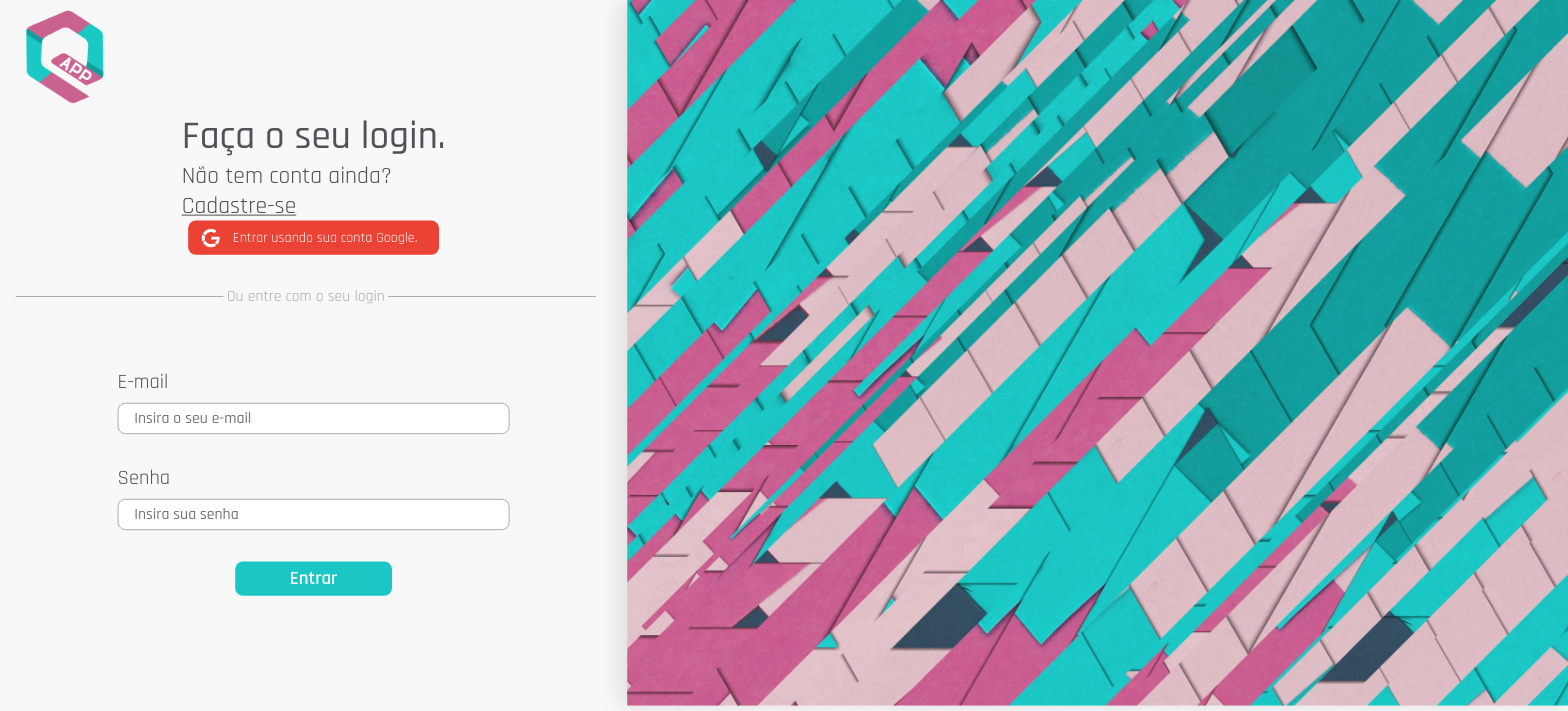
Repository: kika-cavalher/qapp-web
Page: /
These files come from the project's save history. The page is drawn as it stood at one moment and after the next save; the edit follows.
The browser window is 1280 px wide. The page is 1600 px wide, so the pictures cover 1600 px, including what lies to the right of the window. The pictures show the whole page, at 98% of full size.
The page's requests for data from a server got no answer. The project was rebuilt for these pictures with package versions that can differ from the ones it lists, and the page was loaded fresh each time. No one was signed in, and anything a server would have sent is missing. Also part of the build but not shown: src/pages/Register.tsx.

Above is the page before, as saved 2022-02-28 17:11:58.

### public/index.html
<!DOCTYPE html>
<html lang="pt-br">
  <head>
    <meta charset="utf-8" />
    <meta name="viewport" content="width=device-width, initial-scale=1" />

    <link rel="preconnect" href="https://fonts.googleapis.com">
    <link rel="preconnect" href="https://fonts.gstatic.com" crossorigin>
    <link href="https://fonts.googleapis.com/css2?family=Rajdhani:wght@300;400;500;600;700&display=swap" rel="stylesheet">

    <title>QApp</title>
  </head>
  <body>
    <noscript>You need to enable JavaScript to run this app.</noscript>
    <div id="root"></div>
  </body>
</html>

### src/index.tsx
import React from 'react';
import ReactDOM from 'react-dom';
import App from './App';

import './styles/global/styles.scss';
import './services/firebase'


ReactDOM.render(
  <React.StrictMode>
    <App />
  </React.StrictMode>,
  document.getElementById('root')
);

### src/App.tsx
import { BrowserRouter, Routes, Route } from "react-router-dom";

import { LoginPage } from "./pages/Login";
import { RegisterPage } from "./pages/Register";

function App() {
  return (
    <BrowserRouter>
      <Routes>
        <Route path="/" element={<LoginPage />} />
        <Route path="register" element={<RegisterPage  />} />
      </Routes>
    </BrowserRouter>
  );
}

export default App;

### src/styles/global/styles.scss
@import 'variables.scss';

* {
    box-sizing: border-box;
    margin: 0;
    padding: 0;
  }

  body {
    background: $white-offwhite;
    color: $dark-grey;
  }

  body, input, button, textarea {
    font: 400 16px 'Rajdhani', sans-serif;
  }

### src/services/firebase.ts
import { initializeApp } from "firebase/app";
import { getAuth } from "firebase/auth";
import { getFirestore } from 'firebase/firestore/lite';


const firebaseConfig = {
    apiKey: process.env.REACT_APP_API_KEY,
    authDomain: process.env.REACT_APP_AUTH_DOMAIN,
    databaseURL: process.env.REACT_APP_DATABASE_URL,
    projectId: process.env.REACT_APP_PROJECT_ID,
    storageBucket: process.env.REACT_APP_STORAGE_BUCKET,
    messagingSenderId: process.env.REACT_APP_MESSAGING_SENDER_ID,
    appId: process.env.REACT_APP_APP_ID
  };

const app = initializeApp(firebaseConfig);

export const auth = getAuth();
export const db = getFirestore(app);

### src/pages/Login.tsx
import { Link } from 'react-router-dom'
import { useNavigate } from 'react-router-dom';

import imgLogin from '../assets/images/imgLogin.jpg';
import logoQapp from '../assets/images/logoQapp.png';
import googleIconImg from '../assets/icon/googleIconImg.png';

import '../styles/pages/login.scss'

import { Button } from '../components/Button';

export function LoginPage() {
    const history = useNavigate();

    function navigateToHome(e: { preventDefault: () => void; }) {
        e.preventDefault();
        history('/');
    }

    return (
        <div id="page-login">
            <main>
                <div className='page-login--main__container'>
                    <div className='page-login--main__logo'>
                        <img onClick={navigateToHome} id="img-logo" src={logoQapp} alt="Logo da empresa QApp" />
                    </div>
                    <div className='page-login--main__title'>
                        <div className='page-login--container__title'>
                            <h1>Faça o seu login.</h1>
                            <h2>Não tem conta ainda? </h2>
                            <Link to='/register' className='page-login--main__link-register'>
                            Cadastre-se
                            </Link>
                        </div>
                    </div>
                    <div className='page-login--main__google'>
                        <button className='btn__google'>
                            <img id="img-icon__google" src={googleIconImg} alt="Logo da empresa QApp" />
                            <p>Entrar usando sua conta Google.</p>
                        </button>
                    </div>
                    <div className='page-login--main__divider'>
                        <div>Ou entre com o seu login</div>
                    </div>
                    <div className='page-login--main__login-forms'>
                        <form>
                            <div className='page-login--login-forms__name'>
                                <p>E-mail</p>
                                <input type="text" placeholder="Insira o seu e-mail"/>
                            </div>
                            <div className='page-login--login-forms__password'>
                                <p>Senha</p>
                                <input type="text" placeholder="Insira sua senha"/>
                            </div>
                            <div className='btn__send'>
                                <Button type="submit">Entrar</Button>
                            </div>
                        </form>
                    </div>
                </div>

                <div className='page-login--main__img'>
                    <img src={imgLogin} alt="Imagem decorativa na pagina" />
                </div>
            </main>
        </div>
    )
}

### src/styles/global/variables.scss
//colors
$white: #fff;
$white-offwhite: #f8f8f8;
$grey_border: #a8a8b3;
$dark-grey: #515158;

$turquoise: #1ac7c5;
$dark-greenish: #119d9c;
$dark-pink: #c86291;
$light-pink: #ddbcc3;

$red_google: #ea4335;

// media queries
$monitor-width: 1300px;
@mixin monitor {
    @media (min-width: #{$monitor-width}) {
        @content;
    }
}

$notebook-width: 1300px;
@mixin notebook {
    @media (max-width: #{$notebook-width}) {
        @content;
    }
}

$tablet-width: 850px;
@mixin tablet {
    @media (max-width: #{$tablet-width}){
        @content;
    }
}

$phone-width: 500px;
@mixin phone {
    @media (max-width: #{$phone-width}){
        @content;
    }
}

$screen-slim: 650px;
@mixin slim {
    @media (max-height: #{$screen-slim}) {
        @content;
    }
}

### src/styles/pages/login.scss
@import '../global/variables.scss';


#page-login {
    background: $white-offwhite;
    display: flex;
    height: 100vh;

}

main{
    display: flex;
    flex-direction: row;
}

.page-login--main__container {
    display: flex;
    flex-direction: column;
    padding: 0 1rem;

    @include monitor {
        width: 40vw;
    }

    @include notebook {
        width: 50vw;
    }

    @include tablet {
        width: 100vw;
    }
}

.page-login--main__logo {

    #img-logo {
        cursor: pointer;
        margin-top: 0.5rem;
        width: 100px;
    }
}

.page-login--main__title {
    display: flex;
    flex-direction: column;
    align-items: center;

    @include monitor {
        margin: 1rem 0 2rem 0;
    }

    @include tablet {
    }

    @include phone {
    }
}

.page-login--container__title{
    h1 {
        font-weight: 500;

        @include monitor {
            font-size: 3.2rem;
        }

        @include notebook {
            font-size: 2.5rem;
        }

        @include tablet {
            font-size: 2rem;
        }

        @include phone {
            font-size: 1.8rem;
        }

        @include slim {
            font-size: 2rem;
        }
    }

    h2 {
        font-weight: 400;

        @include monitor {
            font-size: 2rem;
        }

        @include notebook {
            font-size: 1.5rem;
        }

        @include tablet {
            font-size: 1.3rem;
        }

        @include phone {
            font-size: 1.1rem;
        }

        @include slim {
            font-size: 1.3rem;
        }
    }

    .page-login--main__link-register {
        color: $dark-grey;
        cursor: pointer;
        font-weight: 400;
        text-decoration: underline 1px;
        text-underline-position: from-font;

        @include monitor {
            font-size: 2rem;
        }

        @include notebook {
            font-size: 1.5rem;
        }

        @include tablet {
            font-size: 1.3rem;
        }

        @include phone {
            font-size: 1.1rem;
        }

        @include slim {
            font-size: 1.3rem;
        }

            &:hover {
                font-weight: 600;
            }
        }
}

.page-login--main__google {
    align-self: center;
    display: flex;

    @include monitor {
        margin: 2rem 0;
        width: 18rem;
    }

    @include notebook {
        width: 16rem;
    }

    @include tablet {
        width: 14.5rem;
    }

    @include phone {
        width: 14.5rem;
    }

    @include slim {
        margin: 1rem 0;
        width: 15rem;
    }

}

@include monitor {
}

@include notebook {
}

@include tablet {
}

@include phone {
}

@include slim {
}
.page-login--main__divider {
    color: $grey_border;
    font-size: 1rem;

    align-items: center;
    display: flex;
    margin: 2rem 1rem 2rem 0;

    &::before {
        background: $grey_border;
        content: '';
        flex: 1;
        margin-right: 0.2rem;
        height: 1px;
    }

    &::after {
        background: $grey_border;
        content: '';
        flex: 1;
        margin-left: 0.2rem;
        height: 1px;
    }
}

.page-login--main__login-forms {
    display: flex;
    justify-content: center;
    width: 100%;

    form {
        align-items: center;
        display: flex;
        flex-direction: column;
        margin: 2rem 0;
        max-width: 25rem;
        width: 75%;

        p {
            font-size: 1.3rem
        }

        input {
            background: $white;
            border: 1px solid $grey_border;
            border-radius: 8px;
            color: $dark-grey;
            font-weight: 500;
            height: 2rem;
            margin: 0.5rem 0;
            outline: none;
            padding: 0 16px;
            width: 100%;

            &:hover {
                border: 2px solid $dark-greenish;
            }

            &:focus-visible {
                border: 2px solid $dark-greenish;
            }
        }
    }
}

.page-login--login-forms__name{
    width: 100%;
}

.page-login--login-forms__password{
    margin: 1.5rem 0;
    width: 100%;
}

.page-login--main__img {

    img {
        box-shadow: -8px 0px 20px rgba(0, 0, 0, 0.1);
        height: 100vh;
    }

    @include monitor {
        display: block;
        width: 60vw;
    }

    @include notebook {
        width: 50vw;
    }

    @include tablet {
        display: none;
    }
}

### src/components/Button.tsx
import {ButtonHTMLAttributes} from 'react'

import '../styles/global/button.scss'

type ButtonProps = ButtonHTMLAttributes<HTMLButtonElement>

export function Button (props:ButtonProps) {
    return (
        <button className="button" {...props} />
    )
}


/* import { useNavigate } from 'react-router-dom'; */


/*     const history = useNavigate();

    function navigateToRegisterPage(e: { preventDefault: () => void; }) {
        e.preventDefault();
        history('/register');
    } */

### src/styles/global/button.scss
@import '../global/variables.scss';

.btn__send {

    button {
        align-items: center;
        background: $turquoise;
        border: 0;
        border-radius: 8px;
        color: $white;
        cursor: pointer;
        display: flex;
        flex-direction: row;
        font-size: 1.2rem;
        font-weight: 600;
        height: 35px;
        justify-content: center;
        width: 10rem;
    }
}

.btn__google {
    align-items: center;
    background: $red_google;
    border: 0;
    border-radius: 8px;
    color: $white-offwhite;
    cursor: pointer;
    display: flex;
    flex-direction: row;
    transition: filter 0.2s;
    width: 100%;

    @include monitor {
        font-size: 1rem;
        height: 35px;
    }

    @include notebook {
        font-size: 0.9rem;
        height: 35px;
    }

    @include tablet {
        font-size: 0.8rem;
        height: 35px;
    }

    @include phone {
        font-size: 0.8rem;
        height: 35px;
    }

    @include slim {
        font-size: 0.8rem;
        height: 35px;
    }

    #img-icon__google {
        margin: 0 5%;
        width: 20px;
    }
}

After the next save:
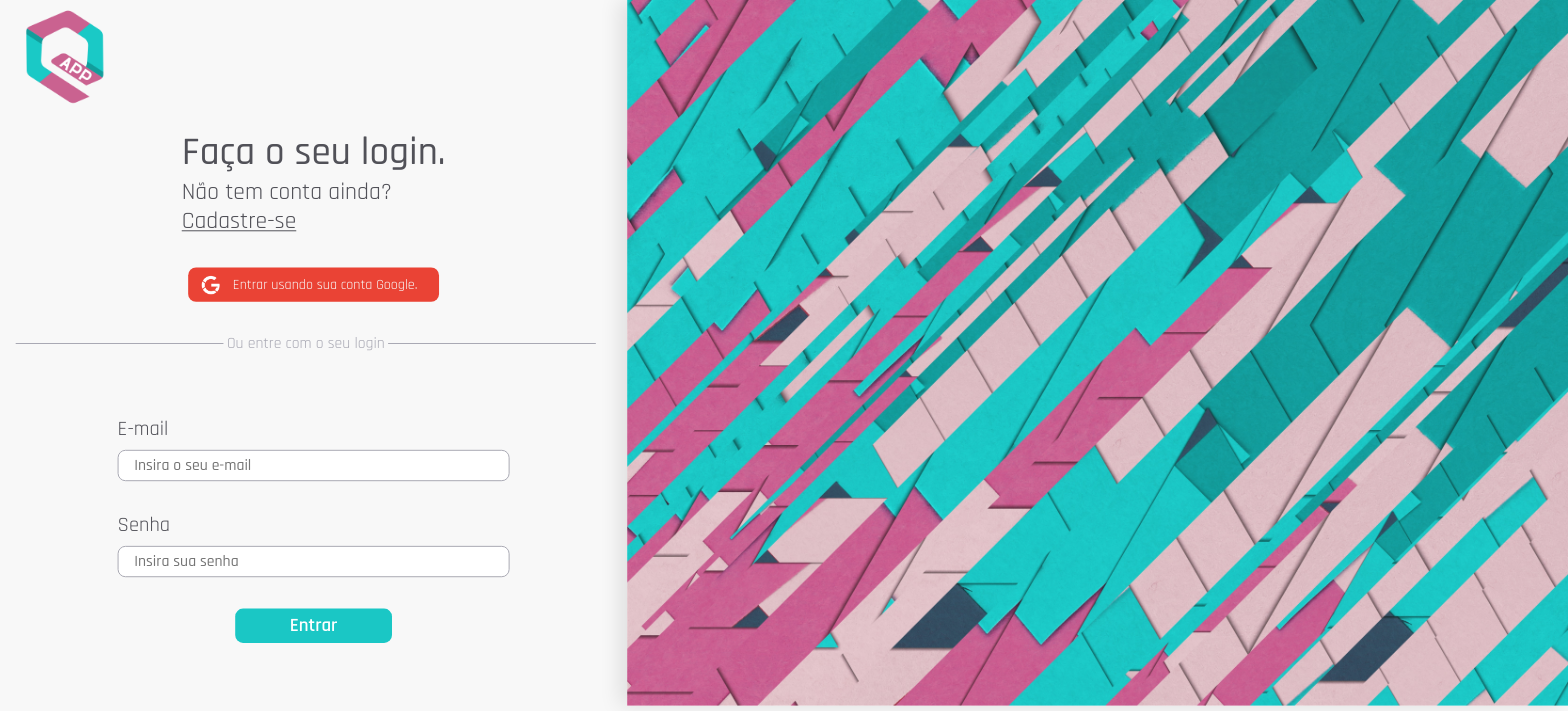
Saved 38 s later.
--- a/src/styles/pages/login.scss
+++ b/src/styles/pages/login.scss
@@ -44,16 +44,7 @@ main{
     display: flex;
     flex-direction: column;
     align-items: center;
-
-    @include monitor {
-        margin: 1rem 0 2rem 0;
-    }
-
-    @include tablet {
-    }
-
-    @include phone {
-    }
+    margin: 1rem 0 2rem 0;
 }
 
 .page-login--container__title{
